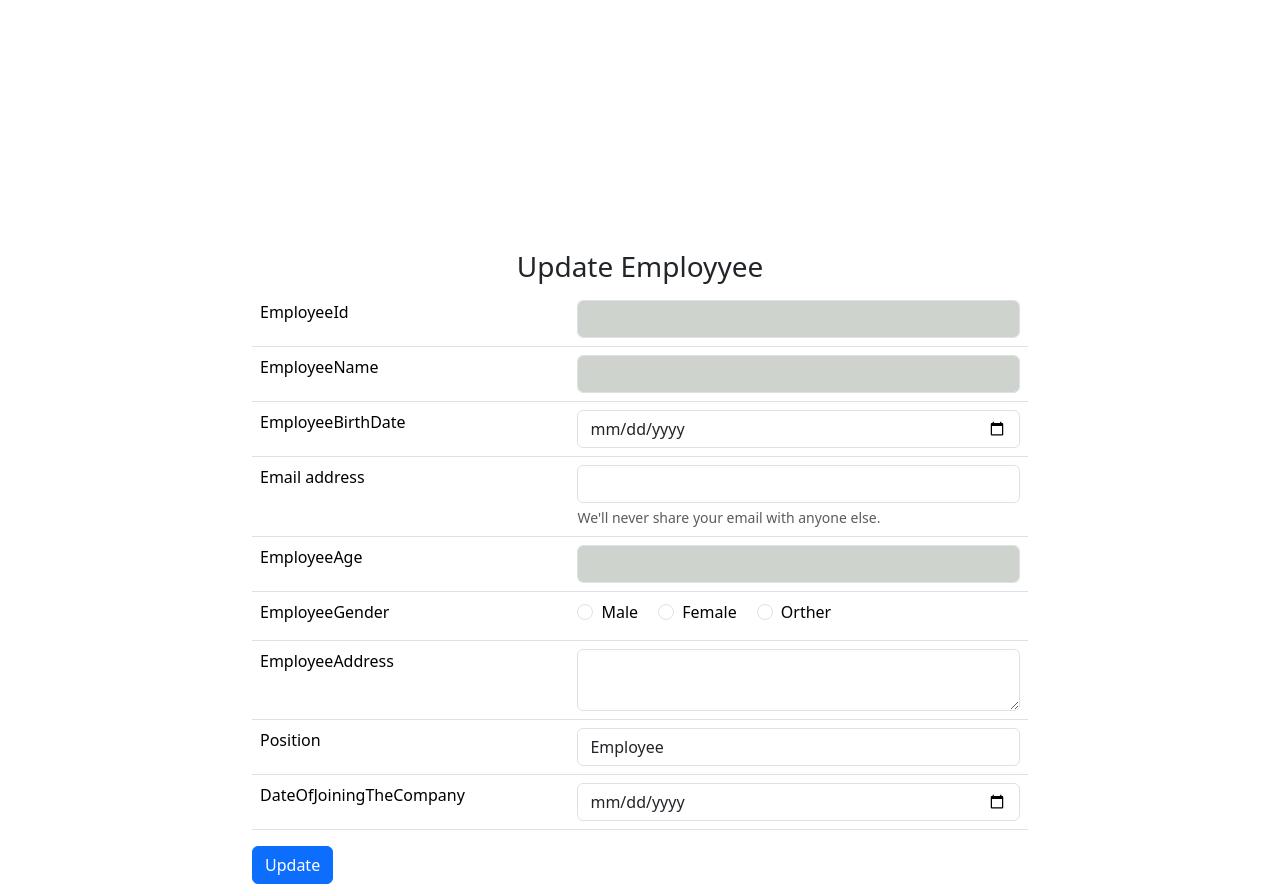
Repository: tranhuuan1703/BaiTapServlet
Page: http://localhost/bai_tap_jsp_servlet/views/Edit.jsp
The author's editor kept a copy of each file at every save. The page is drawn from the files as they stood at one save, then again after the next save.
The browser window is 1280 px wide. The pictures show the whole page.
Some web libraries are served in a nearby version. The page is served by Tomcat 9.

Above is the page before, as saved 2024-08-14 07:04:09.

After the next save:
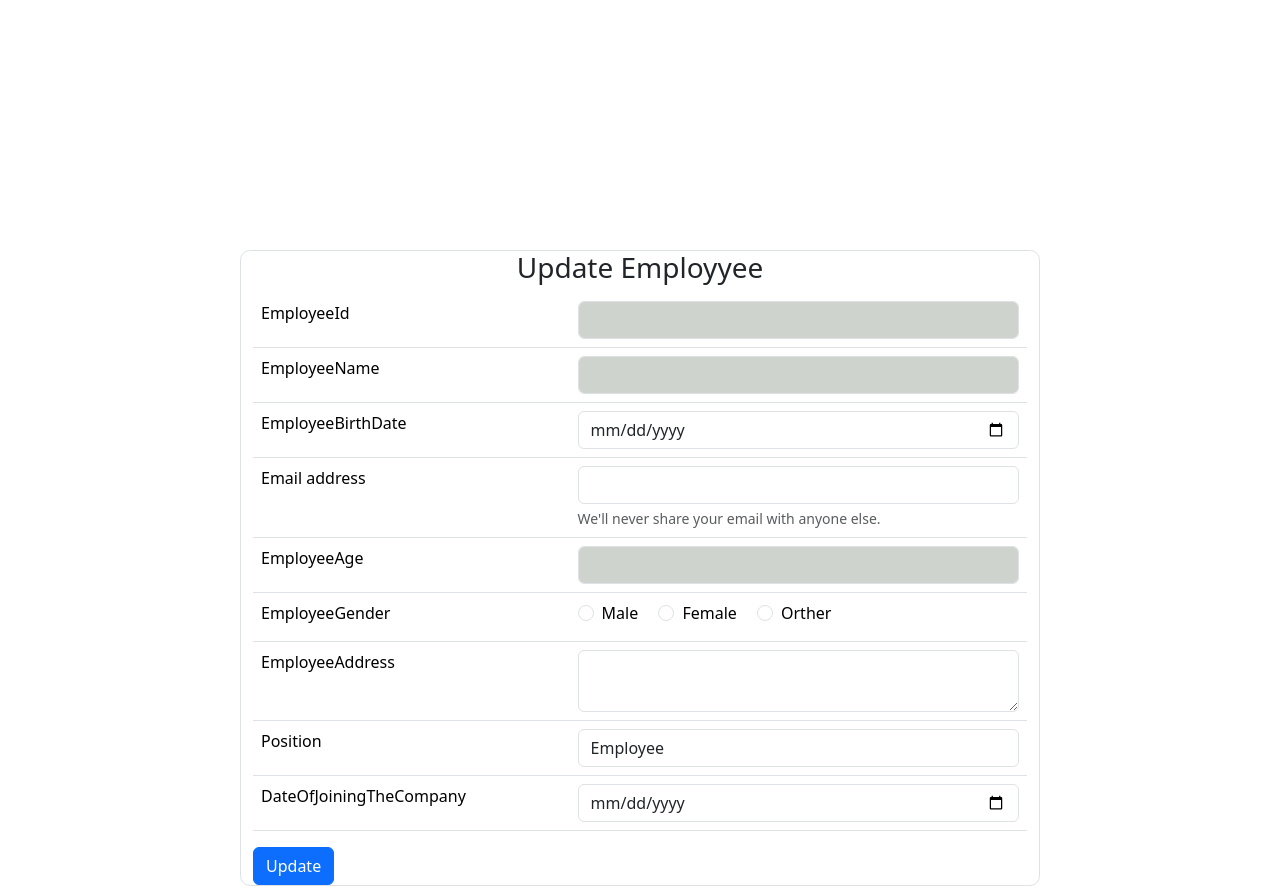
Saved 55 s later.
--- a/bai_tap_jsp_servlet/bai_tap_jsp_servlet/src/main/webapp/views/Edit.jsp
+++ b/bai_tap_jsp_servlet/bai_tap_jsp_servlet/src/main/webapp/views/Edit.jsp
@@ -22,7 +22,7 @@
 
    </style>
    <body>
-      <div class="container" style="margin-top:250px; width:800px; border-radius: 10px; border">
+      <div class="container border" style="margin-top:250px; width:800px; border-radius: 10px;">
       <center><h3>Update Employyee</h3></center>
          <form id="updateForm" action="updateEmployeeController" method="get">
             <table class="table">
